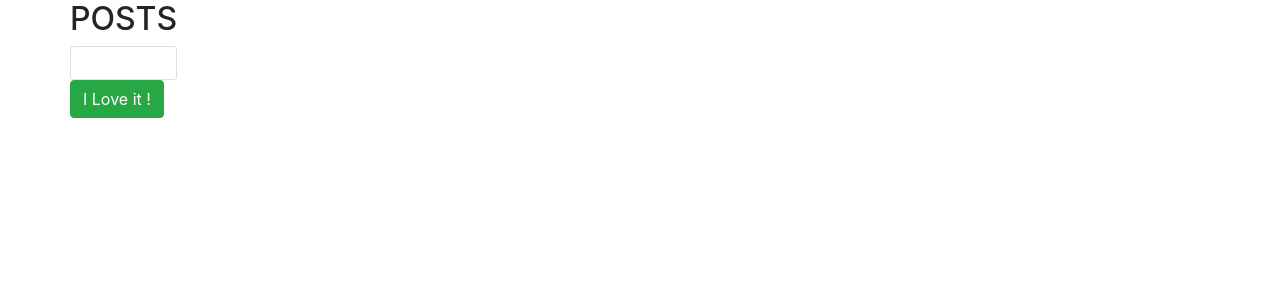
Repository: BillThePony/Ng-Blog-OC
Page: /
An editor plug-in stored every save of this project. The page is shown before and after the next save, followed by the edit.
The browser window is 1280 px wide. The pictures show the whole page.
The project was rebuilt for these pictures with package versions that can differ from the ones it lists, and the page was loaded fresh each time. Also part of the build but not shown: angular.json, src/app/post-list-item/post-list-item.component.ts.

Above is the page before, as saved 2018-10-08 15:43:28.

After the next save:
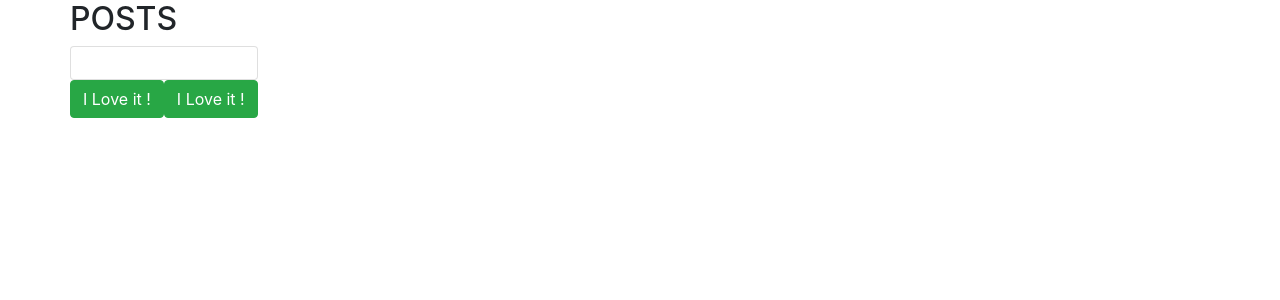
Saved 34 s later.
--- a/src/app/app.component.html
+++ b/src/app/app.component.html
@@ -7,6 +7,7 @@
       </ul>
 
       <button class="btn btn-success" (click)="getLoveIts()">I Love it !</button>
+      <button class="btn btn-success" (click)="getLoveIts()">I Love it !</button>
     </div>
   </div>
 </div>
